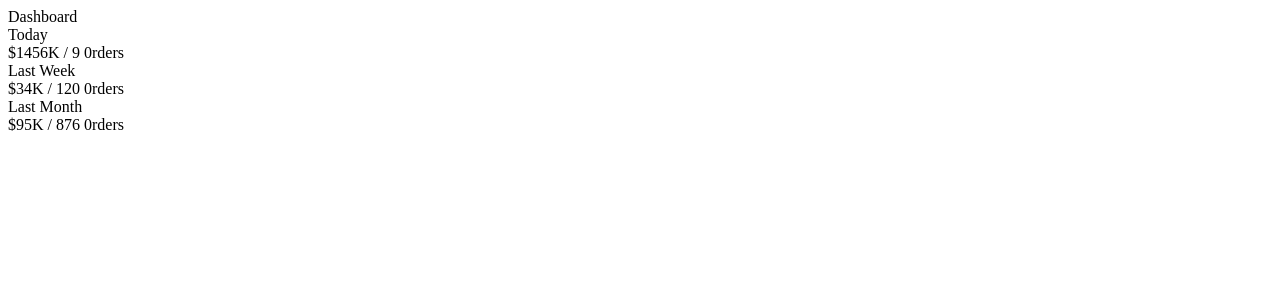
Repository: cjaymoni/FE_Submission02
Page: views/dashboard/dashboard.html
An editor plug-in stored every save of this project. The page is shown before and after the next save, followed by the edit.
The browser window is 1280 px wide. The pictures show the whole page.

Above is the page before, as saved 2022-09-30 12:39:36.

After the next save:
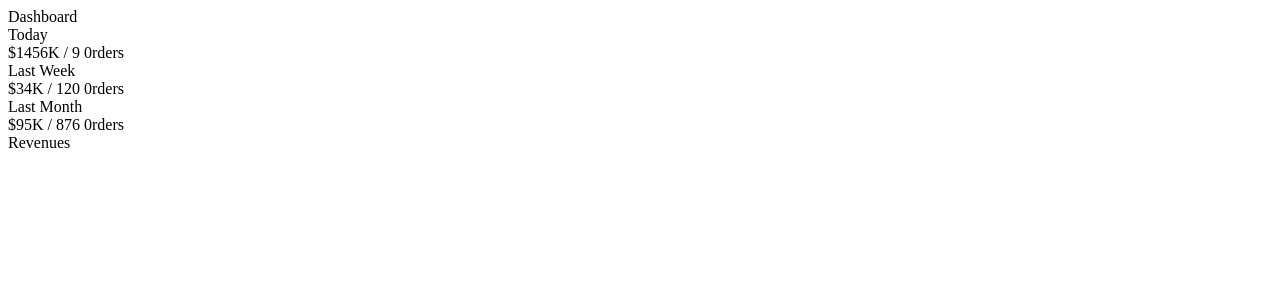
Saved 34 s later.
--- a/views/dashboard/dashboard.html
+++ b/views/dashboard/dashboard.html
@@ -54,6 +54,9 @@
   </div>
 
   <div class="container">
+    <div class="order-header-text">
+      <span>Revenues</span>
+    </div>
     <canvas id="myChart" width="200" height="80"></canvas>
   </div>
 </div>
